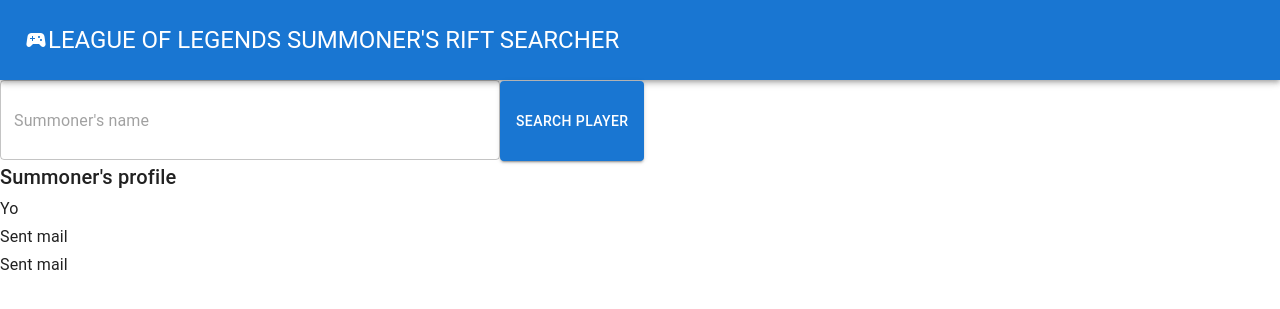
Repository: Mikerr21/League-Of-Legends-API
Page: /
The author's editor kept a copy of each file at every save. The page is drawn from the files as they stood at one save, then again after the next save.
The browser window is 1280 px wide. The pictures show the whole page.
The page's requests for data from a server got no answer. The project was rebuilt for these pictures with package versions that can differ from the ones it lists, and the page was loaded fresh each time. No one was signed in, and anything a server would have sent is missing.

Above is the page before, as saved 2022-09-24 22:23:55.

After the next save:
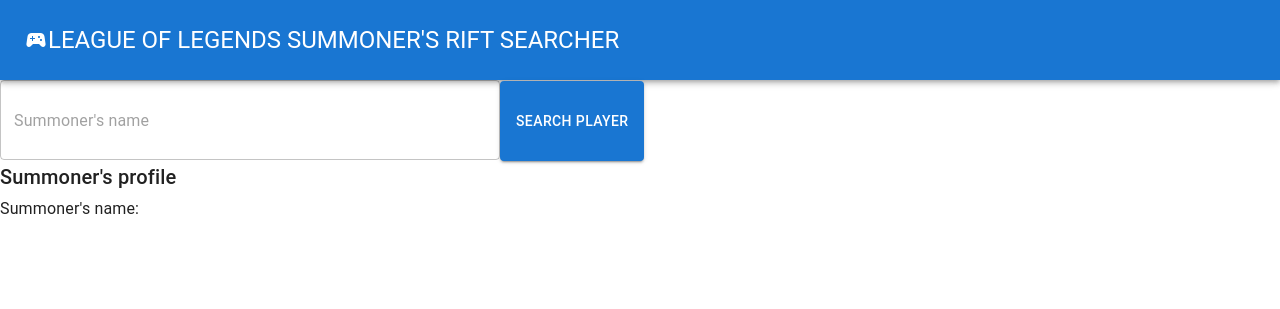
Saved 67 s later.
--- a/src/App.js
+++ b/src/App.js
@@ -112,9 +112,9 @@
           </ListItemButton>
         </List>
      */}
- <ListItemText >Yo</ListItemText>
- <ListItemText primary="Sent mail"></ListItemText>
- <ListItemText primary="Sent mail"></ListItemText>
+ <ListItemText><Typography>Summoner's name:{searchPlayer}</Typography></ListItemText>
+ <ListItemText></ListItemText>
+ <ListItemText></ListItemText>
  </List>
     </div>
   );
